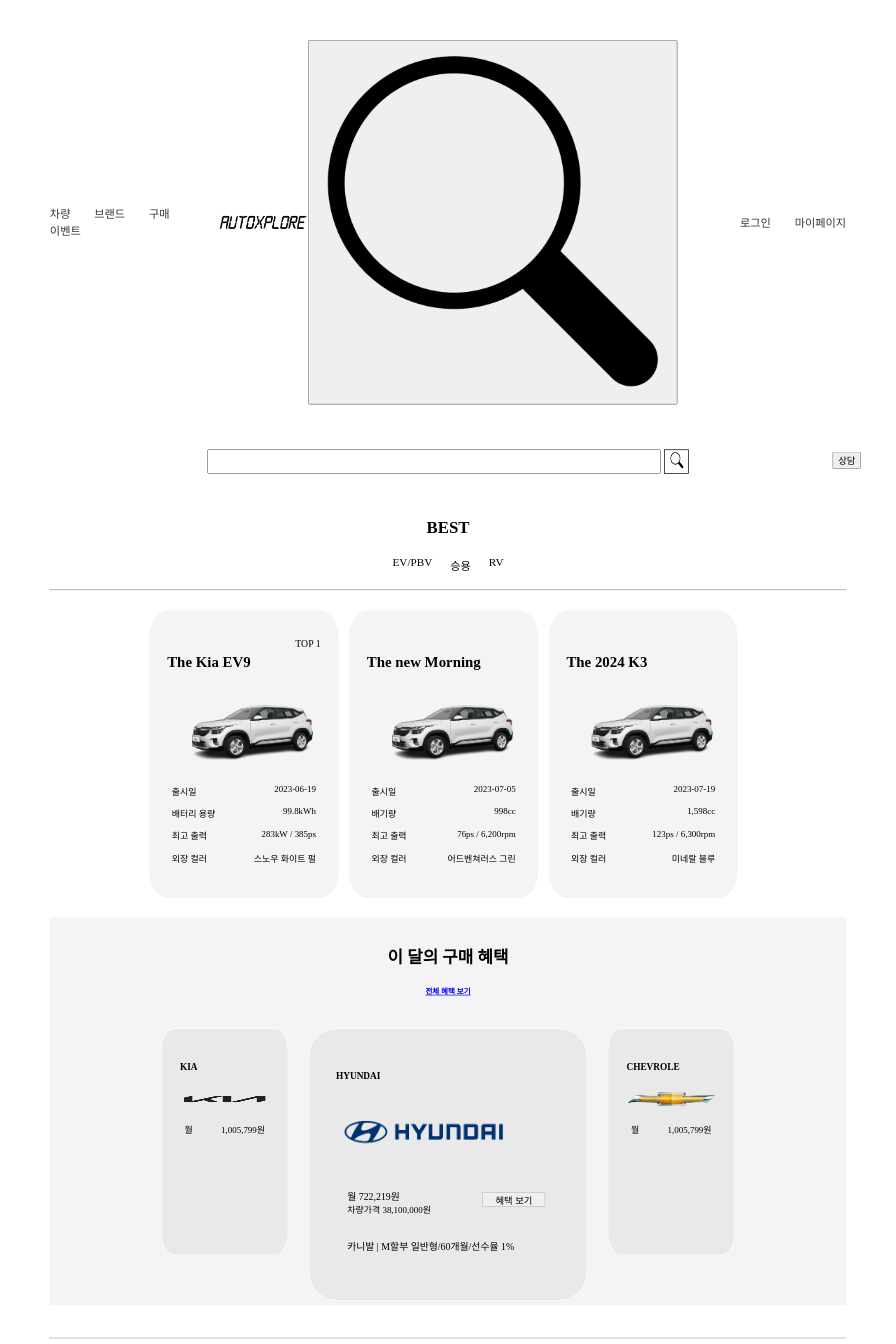
Repository: Autoxplore/Autoxplore
Page: mainPage.html
The author's editor kept a copy of each file at every save. The page is drawn from the files as they stood at one save, then again after the next save.
The browser window is 1280 px wide. The pictures show the part of the page from y = 0 to 1920 px (the page is 2579 px tall before and 2114 px after), at 70% of full size.
Pictures or frames that could not be fetched are drawn as grey boxes.

Above is the page before, as saved 2023-08-03 20:17:44.

### mainPage.html
<!DOCTYPE html>
<html lang="en">
<head>
    <meta charset="UTF-8">
    <meta name="viewport" content="width=device-width, initial-scale=1.0">
    <title>AUTOXPLORE MAIN</title>
    <link rel="stylesheet" href="harin_css/mainPage.css">
</head>
<body>
    <div id="wrap">
        <header>
            <nav class="header1">
                <ul>
                    <li><a href="#">차량</a></li>
                    <li><a href="#">브랜드</a></li>
                    <li><a href="#">구매</a></li>
                    <li><a href="#">이벤트</a></li>
                </ul>
            </nav>
            <a class="logo1" href="#" title="메인 페이지로 이동" ><img class="logo" src="image/logo/autoxplore.png" alt="AUTOXPLORE 로고"></a>
            <button type="button" class="searchMobile"><img src="image/search/search.png" alt="검색"></button>
            <nav class="header2">
                <ul>
                    <li><a href="#">로그인</a></li>
                    <li><a href="#">마이페이지</a></li>
                </ul>
            </nav>
        </header>
        <section class="search">
            <input type="text">
            <button type="button" ><img src="image/search/search.png" alt="검색"></button>
        </section>
        <div>
            <div class="best">
                <h2>BEST</h2>
                <div>
                    <ul>
                        <li><a href="#">EV/PBV</a></li>
                        <li><a href="#">승용</a></li>
                        <li><a href="#">RV</a></li>
                    </ul>
                </div>
                <hr>
            </div>
            <div class="wrap1">
                <div class="bestContent">
                    <section class="car1">
                        <div class="cartop">
                            <h5>The Kia EV9</h5>
                            <p>TOP 1</p>
                        </div>
                        <div class="carContent">
                            <img class="carImg" src="/image/car/kia/seltos.png" alt="top1 car">
                            <ul>
                                <li>
                                    <div>출시일</div>
                                    <div>2023-06-19</div>
                                </li>
                                <li>
                                    <div>배터리 용량</div>
                                    <div>99.8kWh</div>
                                </li>
                                <li>
                                    <div>최고 출력</div>
                                    <div>283kW / 385ps</div>
                                </li>
                                <li>
                                    <div>외장 컬러</div>
                                    <div>스노우 화이트 펄</div>
                                </li>
                            </ul>
                        </div>
                    </section>
                    <section class="car1">
                        <div class="cartop">
                            <h5>The new Morning</h5>
                        </div>
                        <div class="carContent">
                            <img class="carImg" src="/image/car/kia/seltos.png" alt="top1 car">
                            <ul>
                                <li>
                                    <div>출시일</div>
                                    <div>2023-07-05</div>
                                </li>
                                <li>
                                    <div>배기량</div>
                                    <div>998cc</div>
                                </li>
                                <li>
                                    <div>최고 출력</div>
                                    <div>76ps / 6,200rpm</div>
                                </li>
                                <li>
                                    <div>외장 컬러</div>
                                    <div>어드벤쳐러스 그린</div>
                                </li>
                            </ul>
                        </div>
                    </section>
                    <section class="car1">
                        <div class="cartop">
                            <h5>The 2024 K3 </h5>
                        </div>
                        <div class="carContent">
                            <img class="carImg" src="/image/car/kia/seltos.png" alt="top1 car">
                            <ul>
                                <li>
                                    <div>출시일</div>
                                    <div>2023-07-19</div>
                                </li>
                                <li>
                                    <div>배기량</div>
                                    <div>1,598cc</div>
                                </li>
                                <li>
                                    <div>최고 출력</div>
                                    <div>123ps / 6,300rpm</div>
                                </li>
                                <li>
                                    <div>외장 컬러</div>
                                    <div>미네랄 블루</div>
                                </li>
                            </ul>
                        </div>
                    </section>
                </div>
            </div>
        </div>
        <div class="monthBenefit">
            <h2>이 달의 구매 혜택</h2>
            <h6><a href="#">전체 혜택 보기</a></h6>
            <div class="wrap1">
                <div class="benefitContent">
                    <section class="car2">
                        <div class="cartop2">
                            <h5>KIA</h5>
                        </div>
                        <div class="carContent2">
                            <img class="brandImg1" src="/image/logo/kiaLogo.png" alt="benefit car">
                            <ul>
                                <li>
                                    <div>월 </div>
                                    <div>1,005,799원</div>
                                </li>
                            </ul>
                        </div>
                    </section>
                    <section class="car3">
                        <div class="cartop3">
                            <h5>HYUNDAI</h5>
                        </div>
                        <div class="carContent3">
                            <img class="brandImg2" src="/image/logo/hyundaiLogo.png" alt="benefit car">
                            <ul>
                                <li>
                                    <div>월 722,219원 <div class="smallFont">차량가격 38,100,000원</div></div>
                                    <button type="button">혜택 보기</button>
                                </li>
                                <li>
                                    <div>카니발 | M할부 일반형/60개월/선수율 1%</div>
                                </li>
                            </ul>
                        </div>
                    </section>
                    <section class="car2">
                        <div class="cartop2">
                            <h5>CHEVROLE</h5>
                        </div>
                        <div class="carContent2">
                            <img class="brandImg1" src="/image/logo/chevroleLogo.png" alt="benefit car">
                            <ul>
                                <li>
                                    <div>월 </div>
                                    <div>1,005,799원</div>
                                </li>
                            </ul>
                        </div>
                    </section>
                </div>
            </div>
        </div>
        <hr>
        <div class="news">
            <h2>NEWS</h2>
            <article>
                <section class="newsContent">
                    <div class="newsDetail">
                        <h4>AUTOXPLORE 소식</h4>
                        <h3>자동차 종합 플랫폼 'AUTOXPLORE', 고객 맞춤 차량 보여주며 1위 기염</h3>
                        <p>자동차 종합 플랫폼 'AUTOXPLORE'가 브랜드 다양성과 맞춤 서비스로 빛났다. <br>
                            고객들에게 한 눈에 다양한 브랜드의 차량을 제공하며, 원하는 차종을 선별해 맞춤형 정보를 제시한다. <br>
                            이로써 'AUTOXPLORE'는 자동차 구매자들의 1위 플랫폼으로 자리매김하게 되었다. </p>
                        <br>
                        <button type="button">자세히 보기</button>
                    </div>
                    <div>
                        <img src="image/car/kia/kiaCar.png" alt="news image">
                    </div>
                </section>
            </article>
        </div>
        <div>
            <section class="newsPre">
                <ul>
                    <li>
                        <div><a href="#">뉴스
                            <br>
                            AUTOXPLORE, 혁신 플랫폼
                        </a></div>
                    </li>
                    <li>
                        <div><a href="#">뉴스
                            <br>
                            AUTOXPLORE, 최고의 프론트엔드 개발자들
                        </a></div>
                    </li>
                    <li>
                        <div><a href="#">뉴스
                            <br>
                            AUTOXPLORE, 최고
                        </a></div>
                    </li>
                </ul>
            </section>
            <hr>
        </div>
    </div>
    <button type="button" class="consult">상담</button>
    <footer>
        <img src="image/logo/autoxplore_white.png" alt="로고">
        <ul>
            <li><a href="https://github.com/Autoxplore/Autoxplore"><img src="image/footer/git.png" alt="git"></a></li>
            <li><a href="#"><img src="image/footer/instagram.png" alt="instagram"></a></li>
            <li><a href="#"><img src="image/footer/facebook.png" alt="facebook"></a></li>
        </ul>
        <p>Copyright ⓒ 2023 Autoxplore 김하린 이지은 정희빈 조현진 All rights reserved.</p>
    </footer>
</body>
</html>

### harin_css/mainPage.css
@media screen and (min-width:320px),
    screen and (min-height: 479px)
    and (orientation:landscape){

    }



@media screen and (min-width:1024px),
screen and (min-height:1024px) and (orientation:landscape){

    #wrap{
        width: 90%;
        margin: 0 auto;
    }

    /* 헤더 */
    header{
        display: flex;
        flex-direction: row;
        justify-content: space-between;
        align-items: center;
        margin: 0 auto;
        position: relative;
        margin-top: 5%;
        width: 100%;
    }

    nav{
        display: flex;
        flex-direction: row;
        justify-content: space-between;
        flex-wrap: wrap;
    }

    .header1{
        margin-left: 0;
        margin-right: auto;
        width: 40%;
    }

    .header1 ul{
        padding-left: 0;
    }

    .header1 ul li a{
        padding-right: 30px;
    }

    .logo{
        text-align: center;
        justify-content:center;
        display: block;
        margin: 0 auto;
        width: 10vw;
    }

    .header2{
        display: flex;
        flex-direction: row;
        flex-wrap: nowrap;
        justify-content: end;
        margin-left: auto;
        width: 40%;
    }

    .header2 ul li a{
        padding-left: 30px;
    }

    nav ul li{
        display: inline-block;
        list-style: none;
    }

    nav li a{
        text-decoration: none;
        color: #333;
    }

    nav li a:hover{
        color: rgb(0, 0, 0);
        text-shadow: 2px 2px 2px gray;
        border-radius: 5%;
    }

    /* 검색창 */
    .search{
        display: flex;
        justify-content: center;
        margin: 5vw;
    }

    .search input[type="text"]{
        width: 50vw;
        height: 2vh auto;
    }

    .search button{
        width: 35px;
        height: 35px;
        margin-left: 5px;
        background-color: transparent;
        border : 1px solid rgb(0, 0, 0);
    }

    .search button:hover{
        background-color: #b9b9b9;
    }

    .search button img{
        width: 20px;
        height: 25px;
    }

    /* best 섹션 */
    /* best 헤더 */
    .best h2{
        text-align: center;
    }

    .best ul{
        display: flex;
        justify-content: center;
        padding: 1vh;
    }

    .best ul li{
        display: inline-block;
        justify-content: center;
    }

    .best ul li:hover{
        font-weight: bold;
        text-decoration: underline;
    }

    .best ul li a{
        text-decoration: none;
        color: rgb(0, 0, 0);
        padding: 1vw;
    }

    /* best 내용 */
    .wrap1{
        width: 80%;
        margin: 0 auto;
    }


    .bestContent{
        display: flex;
        flex-direction: row;
        justify-content: center;
        margin: 3%;
    }

    .car1{
        width: 90%;
        height: auto;
        background-color: rgba(192, 192, 192, 0.185);
        border: 1px solid rgb(255, 255, 255);
        border-radius: 10%;
        padding: 2vw;
        margin-right: 1vw;
    }

    .car1:hover{
        background-color: rgba(109, 109, 109, 0.185);
        font-weight: bold;
    }

    .cartop{
        display: flex;
        flex-direction: row;
        justify-content: space-between;
        font-size: 2vw;
    }

    .cartop p{
        color: rgb(0, 0, 0);
        border-radius: 30%;
        font-size:14px;
        position: relative;
    }

    .carImg{
        display: block;
        position: relative;
        left: 2vw;
        transition: transform 0.3s ease;
        width: 15vw;
        height: auto;
    }

    .carImg:hover{
        transform: translateX(-50px);
    }

    .carContent ul{
        padding: 0;
    }

    .carContent ul li {
        display: flex;
        flex-direction: row;
        justify-content: space-between;
        padding: 3%;
        margin : 0;
        font-size: 1vw;
    }

    /* 이 달의 구매 혜택 섹션 */
    .monthBenefit{
        background-color: rgba(240, 240, 240, 0.747);
    }
    /* 이 달의 구매 혜택 헤더 */
    .monthBenefit h2{
        text-align: center;
        padding: 5vh;
        padding-bottom: 0.1vh;
    }

    .monthBenefit h6{
        text-align: center;
        color: black;
    }

    /* 이 달의 구매 혜택 내용 */
    .benefitContent{
        display: flex;
        flex-direction: row;
        justify-content: space-between;
        margin: 5%;
    }

    .car2{
        width: 10vw;
        background-color: rgba(192, 192, 192, 0.227);
        border: 1px solid rgb(255, 255, 255);
        border-radius: 10%;
        padding: 2vw;
        margin-bottom: 10vh;
    }

    .car2:hover{
        background-color: rgba(109, 109, 109, 0.185);
        font-weight: bold;
    }

    .car3{
        width: 25vw;
        background-color: rgba(192, 192, 192, 0.227);
        border: 1px solid rgb(255, 255, 255);
        border-radius: 10%;
        padding: 3vw;
        margin-bottom: 1vh;
    }

    .car3:hover{
        background-color: rgba(109, 109, 109, 0.185);
        font-weight: bold;
    }

    .cartop2, .cartop3{
        display: flex;
        flex-direction: row;
        justify-content: space-between;
    }

    .brandImg1{
        display: block;
        width: 10vw;
        height: 4vh;
        position: relative;
        transition: transform 0.3s ease;
    }

    .brandImg1:hover{
        background-image: url("image/car/kia/seltos.png");
    }

    .brandImg2{
        display: block;
        width: 20vw;
        height: auto;
    }

    .brandImg2:hover{
        display: block;
        width: 20vw;
        height: auto;
    }

    .carContent2{
        font-size: 1vw;
    }

    .carContent3{
        font-size: 1.1vw;
    }

    .carContent2 ul, .carContent3 ul{
        padding: 0;
    }

    .carContent2 ul li, .carContent3 ul li {
        display: flex;
        flex-direction: row;
        justify-content: space-between;
        padding: 5%;
        margin : 0;
    }

    .carContent3 button{
        width: 7vw;
        height: 3vh;
        margin: 5px;
        position: relative;
        background-color: rgba(245, 245, 245, 0.488);
        border: 1px solid silver;
    }

    .carContent3 button:hover{
        background: linear-gradient(to right, #50505075, #e4e4e4);
    }

    .smallFont{
        font-size: 1vw;
    }

    /* news 섹션 */
    .news h2{
        text-align: center;
    }

    .newsContent{
        display: flex;
        flex-direction: row;
        justify-content: space-between;
        margin: 0 auto;
        height: 35vh;
        background-color: rgb(186, 186, 186);
    }

    .newsDetail{
        margin: 3vw;
    }

    .newsContent img{
        width:50vw;
        height: 35vh;
    }

    .news button{
        width: 8vw;
        height: 3vh;
    }

    .newsPre ul{
        display: flex;
        flex-direction: row;
        justify-content: space-between;
        padding-left: 0;
    }

    .newsPre ul li{
        display: inline-block;
        font-size: 15px;
    }

    .newsPre ul li:hover{
        background-color: rgba(192, 192, 192, 0.292);
    }

    .newsPre ul li a{
        color: black;
        text-decoration: none;
    }

    /* 상담 버튼 */
    .consult{
        position: fixed;
        bottom: 50px;
        right: 50px;
    }


    /* footer 섹션 */
    footer{
        background-color: rgb(0, 0, 0);
        padding: 3vw;
    }

    footer img{
        width: 20vw;
        height: auto;
    }

    footer ul{
        display: flex;
        flex-direction: row;
    }

    footer ul li{
        font-style: none;
    }

    footer ul li a{
        text-decoration: none;
    }

    footer ul li img{
        width: 3vw;
        margin-right: 2vw;
    }

    footer p{
        padding: 1vw;
        color: white;
        font-size: 10px;
    }
}

After the next save:
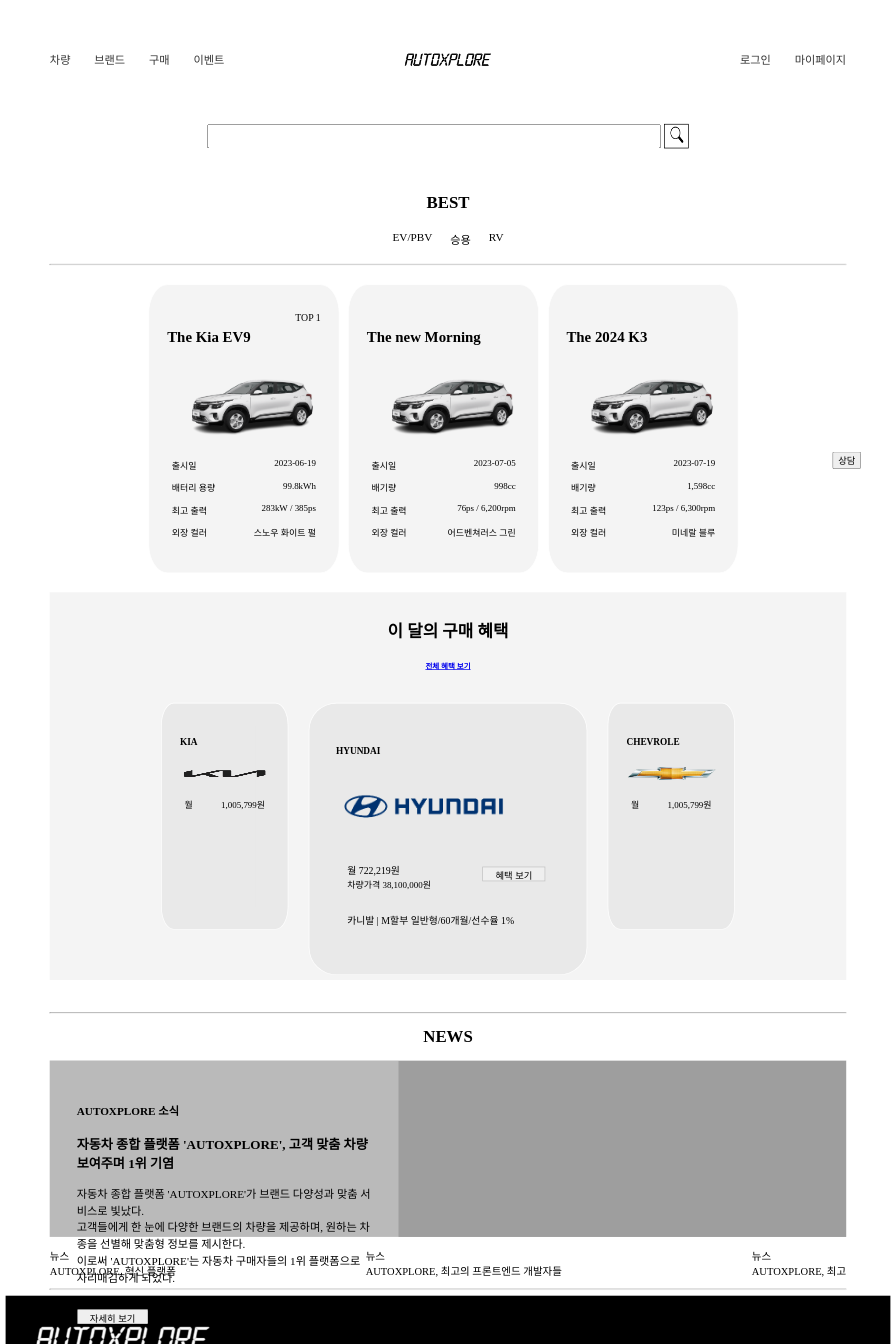
Saved 12 s later.
--- a/mainPage.html
+++ b/mainPage.html
@@ -18,7 +18,6 @@
                 </ul>
             </nav>
             <a class="logo1" href="#" title="메인 페이지로 이동" ><img class="logo" src="image/logo/autoxplore.png" alt="AUTOXPLORE 로고"></a>
-            <button type="button" class="searchMobile"><img src="image/search/search.png" alt="검색"></button>
             <nav class="header2">
                 <ul>
                     <li><a href="#">로그인</a></li>
